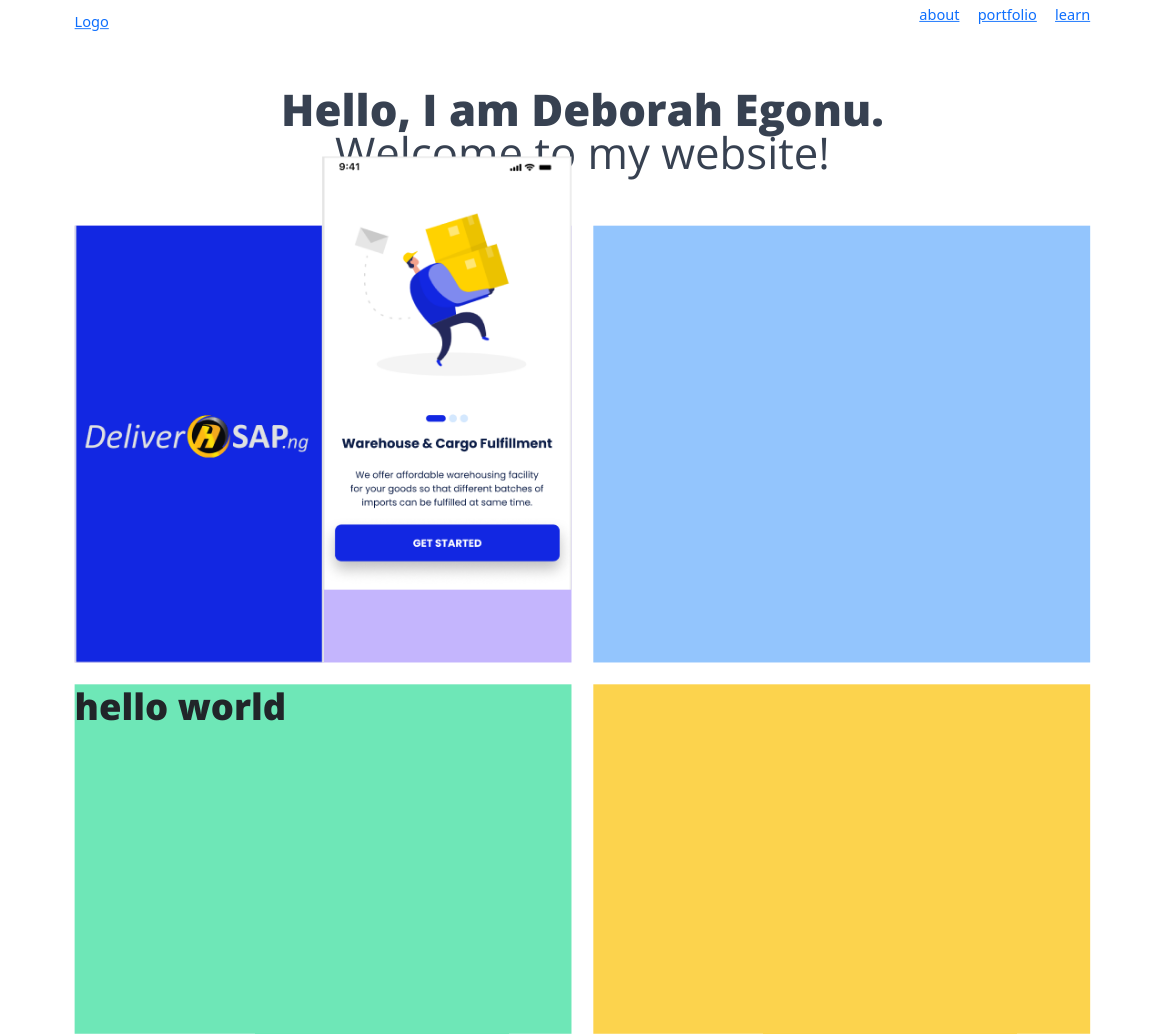
Repository: latenightsnacc/codewithdeb
Page: index.html
These files come from the project's save history. The page is drawn as it stood at one moment and after the next save; the edit follows.
The browser window is 1280 px wide. The pictures show the whole page, at 91% of full size.

Above is the page before, as saved 2021-06-07 10:58:46.

After the next save:
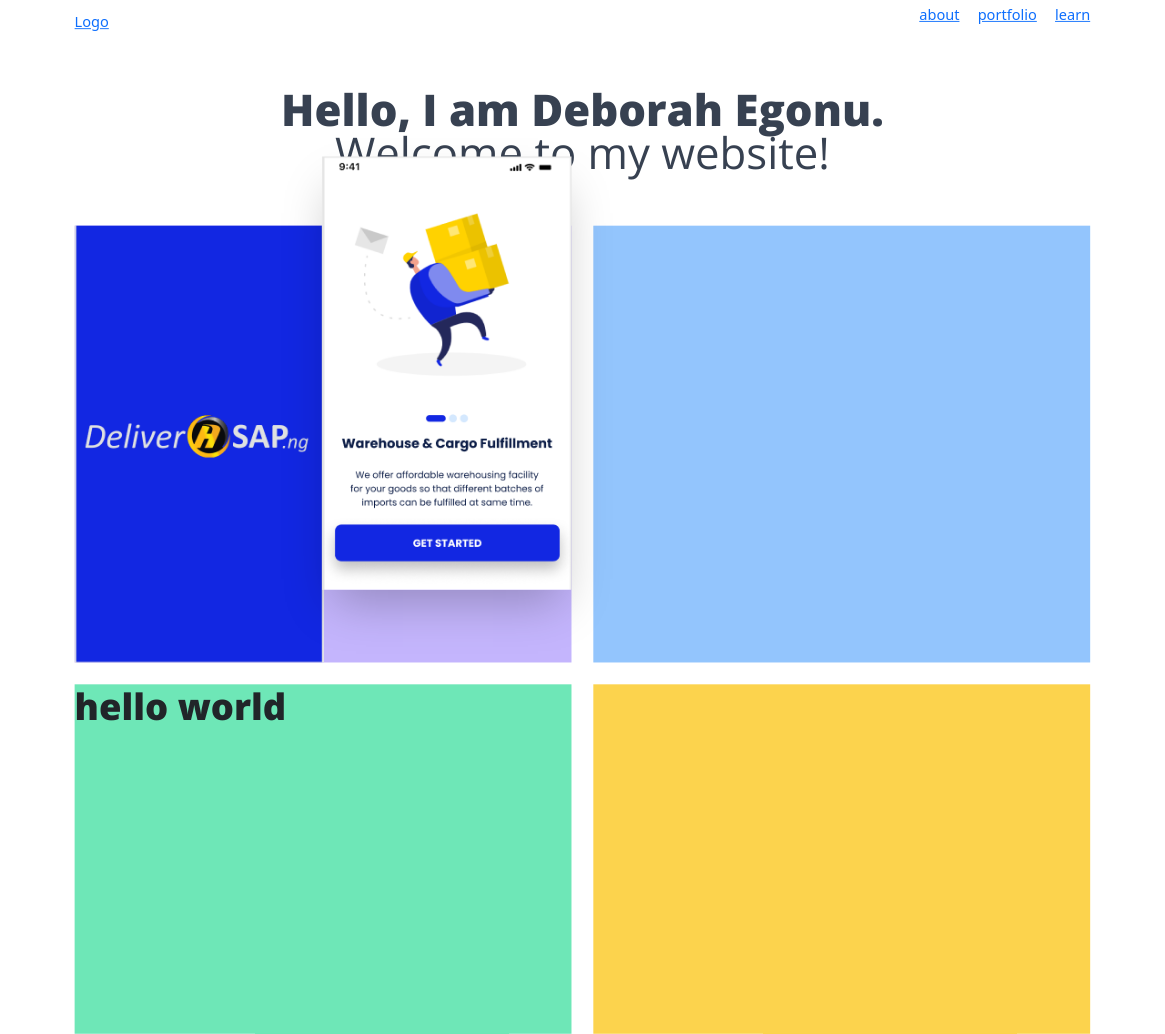
Saved 21 s later.
--- a/index.html
+++ b/index.html
@@ -57,7 +57,7 @@
             <div class="bg-purple-300 relative w-100 h-100">
                 <div class="absolute bottom-20 right-0">
                     <a href="">
-                        <img src="assets/d-1.PNG" alt="">
+                        <img class="shadow-2xl" src="assets/d-1.PNG" alt="">
                     </a>
                 </div>
                 <a href="">
